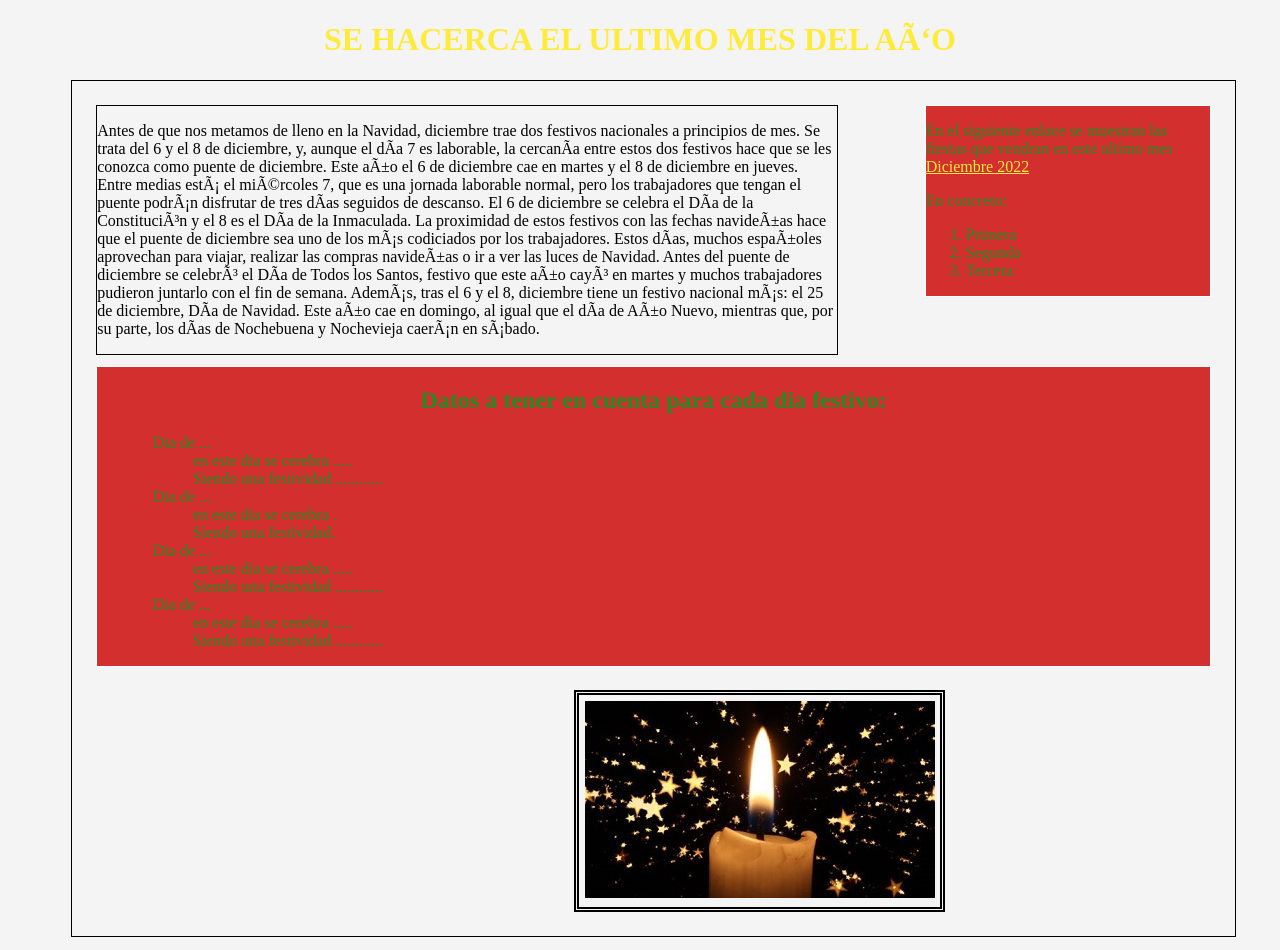
Repository: demoniers/clase
Page: lenguajes/examen2/src/index.html
An editor plug-in stored every save of this project. The page is shown before and after the next save, followed by the edit.
The browser window is 1280 px wide. The pictures show the whole page.

Above is the page before, as saved 2024-11-06 13:52:01.

### lenguajes/examen2/src/index.html
<!DOCTYPE html>
<html>
  <head>
    <title>¡Festivos Fin de Año!</title>
    <link rel="stylesheet" href="../style/style.css" />
    <meta name="author" content="Diego" />
    <meta name="description" content="¡Festivos Fin de Año!" />
    <meta name="Date" content="06/11/2024"/>
    <meta name="keywords" content="Festivo, Fiesta"/>
    <meta charset="ISO 8859-1">
    <meta lang="ES, FR, IT">
  </head>

  <body>
    <h1 class="center">SE HACERCA EL ULTIMO MES DEL AÑO</h1>
    <div id="container">
      <div class="c65" >
        <p>Antes de que nos metamos de lleno en la Navidad, diciembre trae dos festivos nacionales a principios
          de mes. Se trata del 6 y el 8 de diciembre, y, aunque el día 7 es laborable, la cercanía entre estos dos
          festivos hace que se les conozca como puente de diciembre. Este año el 6 de diciembre cae en martes y
          el 8 de diciembre en jueves. Entre medias está el miércoles 7, que es una jornada laborable normal,
          pero los trabajadores que tengan el puente podrán disfrutar de tres días seguidos de descanso. El 6 de
          diciembre se celebra el Día de la Constitución y el 8 es el Día de la Inmaculada. La proximidad de estos
          festivos con las fechas navideñas hace que el puente de diciembre sea uno de los más codiciados por los
          trabajadores. Estos días, muchos españoles aprovechan para viajar, realizar las compras navideñas o ir a
          ver las luces de Navidad. Antes del puente de diciembre se celebró el Día de Todos los Santos, festivo
          que este año cayó en martes y muchos trabajadores pudieron juntarlo con el fin de semana. Además,
          tras el 6 y el 8, diciembre tiene un festivo nacional más: el 25 de diciembre, Día de Navidad. Este año
          cae en domingo, al igual que el día de Año Nuevo, mientras que, por su parte, los días de Nochebuena y
          Nochevieja caerán en sábado.
          </p>
      </div>
      <div class="c25" >
        <p>En el siguiente enlace se muestran las fiestas que vendran en este ultimo mes <a href="calendarioFestivos.html" target="_blank">Diciembre 2022</a></p>
        <p>En concreto:</p>
        <ol>
          <li>Primera</li>
          <li>Segunda</li>
          <li>Tercera</li>
        </ol>
      </div>
      <div class="cc" >
        <h2 class="center">Datos a tener en cuenta para cada dia festivo:</h2>
        <dl>
          <dt>Dia de ...</dt>
          <dd>en este dia se cerebra .....</dd>
          <dd>Siendo una festividad ............</dd>
          <dt>Dia de ...</dt>
          <dd>en este dia se cerebra .</dd>
          <dd>Siendo una festividad.</dd>
          <dt>Dia de ...</dt>
          <dd>en este dia se cerebra .....</dd>
          <dd>Siendo una festividad ............</dd>
          <dt>Dia de ...</dt>
          <dd>en este dia se cerebra .....</dd>
          <dd>Siendo una festividad ............</dd>
        </dl>
      </div>
      <div class="cimg" >
        <img src="../img/navidad.jpg">
      </div>
      <p class="fin"></p>
    </div>
  </body>
</html>

### lenguajes/examen2/style/style.css
body {
    background-color: #f4f4f4;
}
.center {
    text-align: center;
}
#container {
    border: 1px solid black;
    padding: 1%;
    margin-left: 5%;
    margin-right: 5%;
    height: 9s0%;
    width: 90%;
}
.c65{
    float: left;
    width: 65%;
    border: 1px solid black;
}
.c25{
    float: right;
    width: 25%;
    border: 1px solid white;
    background-color: #D32F2F;
    color: #228B22;
}
div {
    margin: 1%;
}
a, h1 {
    color: #FFEB3B;
}
.cc {
    clear: both;
    border: 1px solid white;
    background-color: #D32F2F;
    color: #228B22;
}
dl {
    margin-left: 5%;
}
.cimg {
    float: left;
    margin-left: 43%;
    border: 5px double black;
    padding: 0.5%;
}
.fin {
    clear:both;
}
.cenimg {
    margin-left: 25%;
    float: left;
}

After the next save:
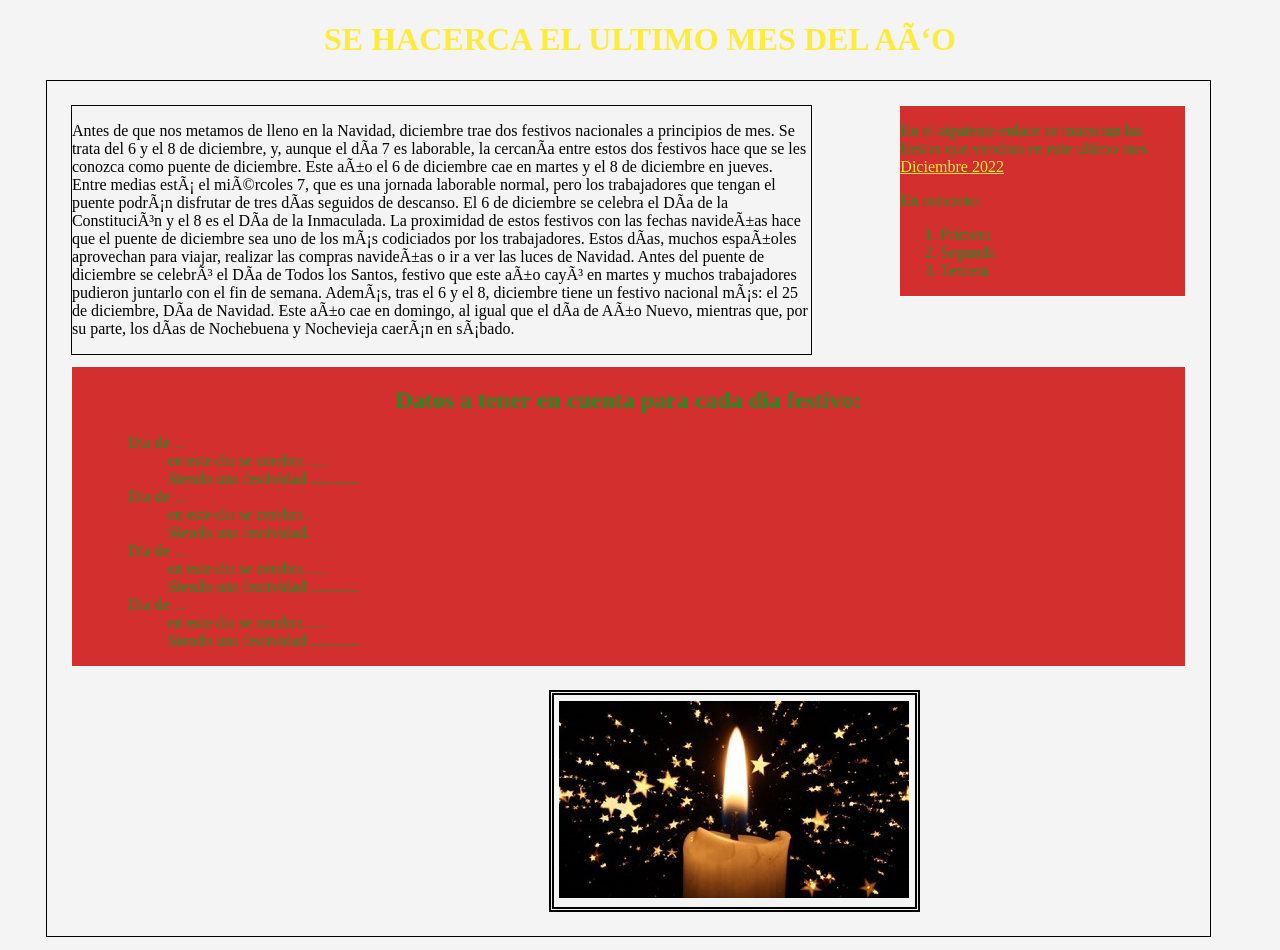
Saved 17 s later.
--- a/lenguajes/examen2/style/style.css
+++ b/lenguajes/examen2/style/style.css
@@ -7,7 +7,7 @@ body {
 #container {
     border: 1px solid black;
     padding: 1%;
-    margin-left: 5%;
+    margin-left: 3%;
     margin-right: 5%;
     height: 9s0%;
     width: 90%;
